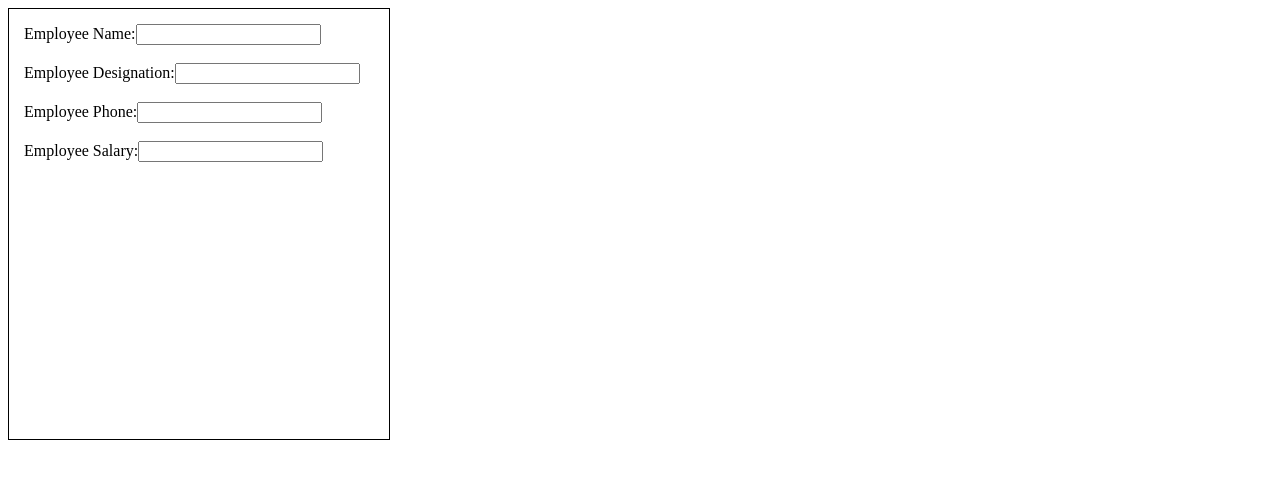
Repository: antonyraja1985/ServletEMS
Page: employee-management-service/src/main/webapp/signup.html
An editor plug-in stored every save of this project. The page is shown before and after the next save, followed by the edit.
The browser window is 1280 px wide. The pictures show the whole page.

Above is the page before, as saved 2024-05-25 06:35:26.

### employee-management-service/src/main/webapp/signup.html
<!DOCTYPE html>
<html>
<head>
<meta charset="UTF-8">
<title>Insert title here</title>
<style>
.formContainer{
border:1px solid black;

width:350px;

height:400px;

padding:15px
}
</style>

</head>
<body>

<div class="formContainer">
<form>

Employee Name:<input type="text" name=""><br><br>
Employee Designation:<input type="text" name=""><br><br>
Employee Phone:<input type="text" name=""><br><br>
Employee Salary:<input type="text" name=""><br>
</form>

</div>

</body>
</html>

After the next save:
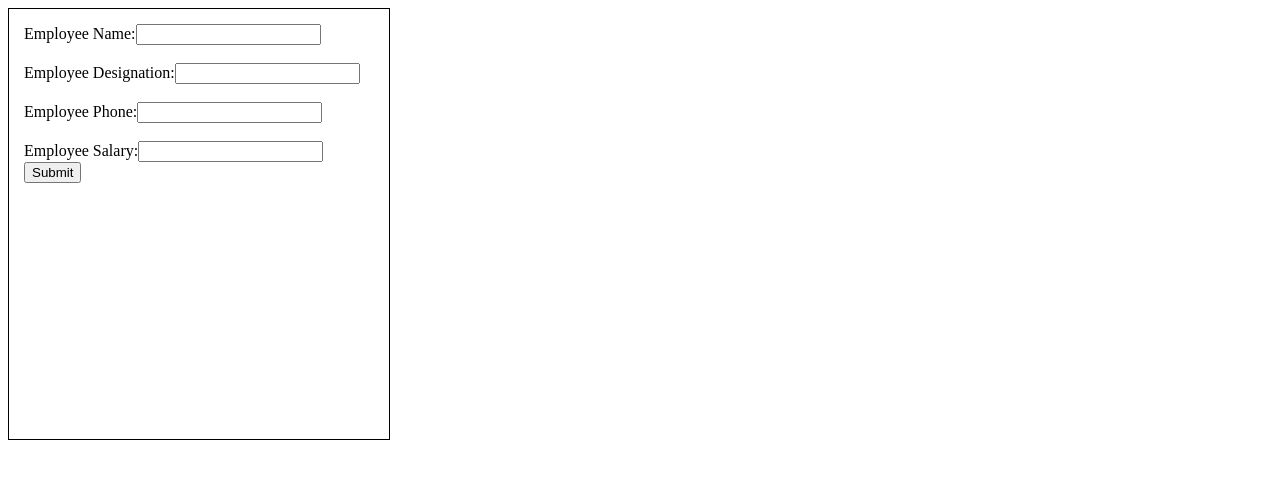
Saved 25 s later.
--- a/employee-management-service/src/main/webapp/signup.html
+++ b/employee-management-service/src/main/webapp/signup.html
@@ -25,6 +25,7 @@ Employee Name:<input type="text" name=""><br><br>
 Employee Designation:<input type="text" name=""><br><br>
 Employee Phone:<input type="text" name=""><br><br>
 Employee Salary:<input type="text" name=""><br>
+<input type="submit" name=""><br>
 </form>
 
 </div>
